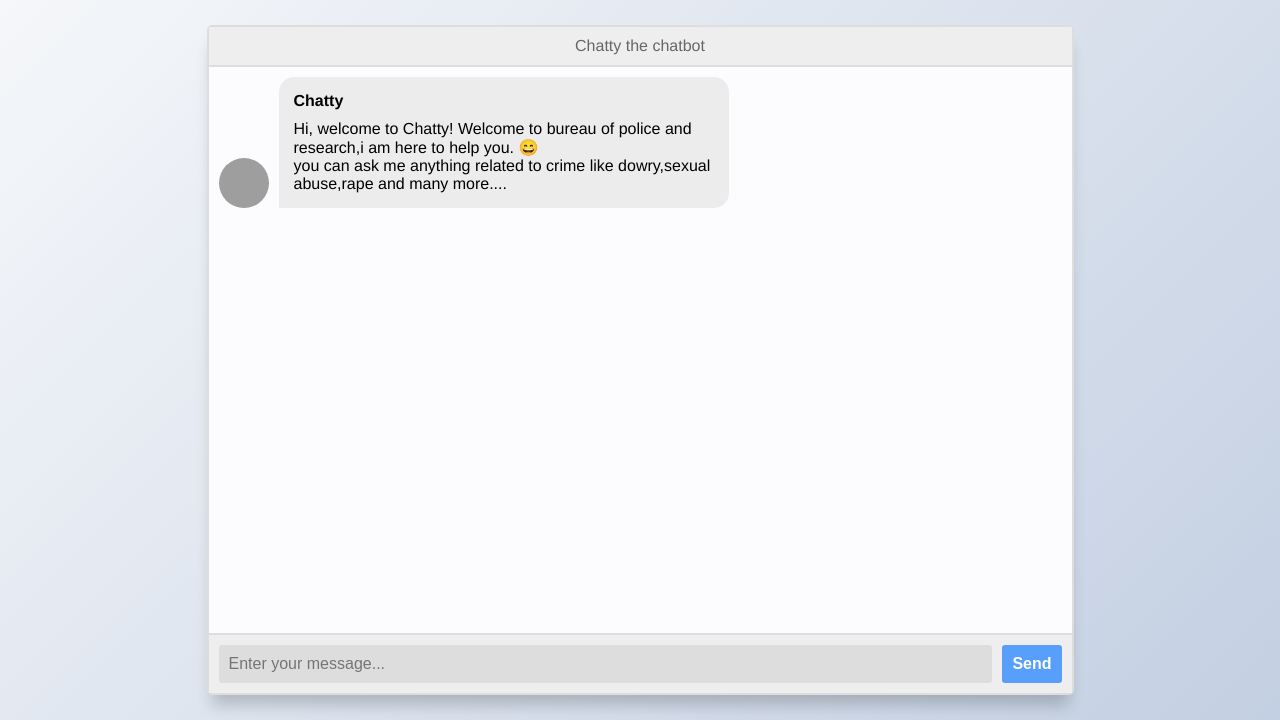
Repository: arian6daeva/chat-bot-project
Page: app/templates/index.html
The author's editor kept a copy of each file at every save. The page is drawn from the files as they stood at one save, then again after the next save.
The browser window is 1280 px wide. The pictures show the whole page.
Pictures or frames that could not be fetched are drawn as grey boxes. Some web libraries are served in a nearby version. The template is drawn by Flask 3. The application's start-up code is not run. The template is opened directly, without the code that normally fills it, so the values that code supplies are empty.

Above is the page before, as saved 2022-06-14 20:11:55.

After the next save:
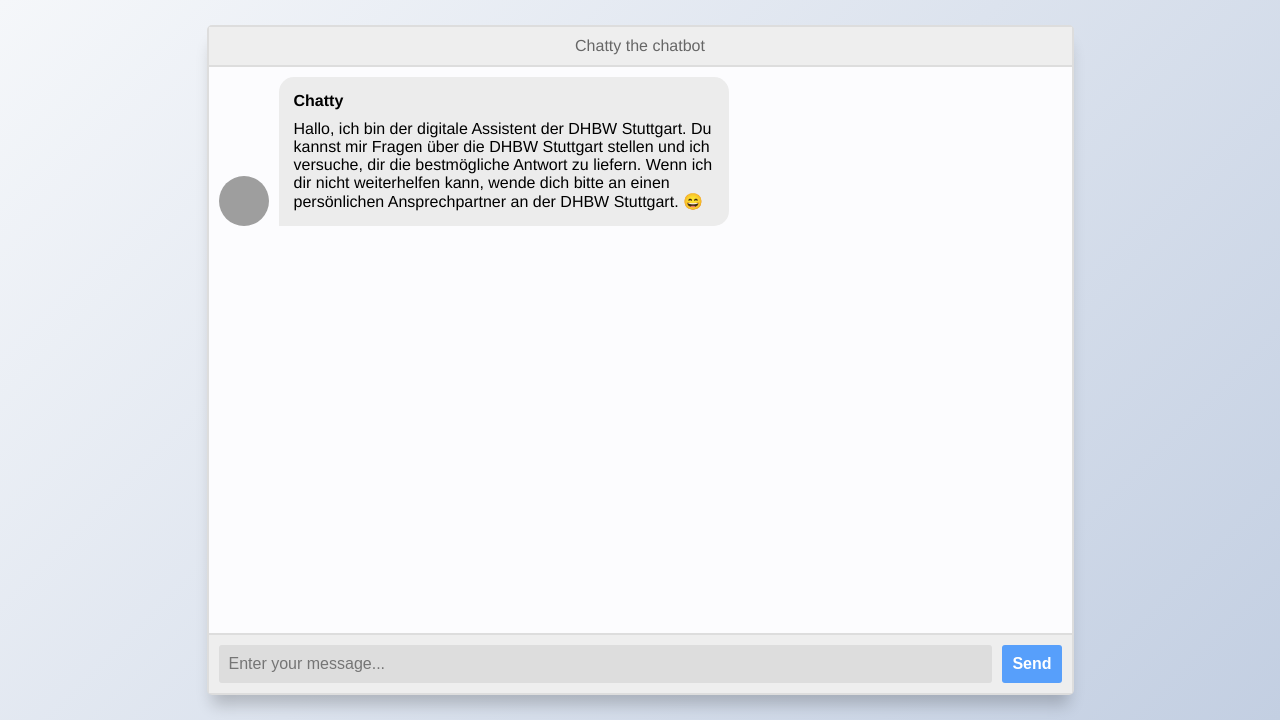
Saved 2 min 54 s later.
--- a/app/templates/index.html
+++ b/app/templates/index.html
@@ -35,11 +35,11 @@
           </div>
 
           <div class="msg-text">
-            Hi, welcome to Chatty! Welcome to bureau of police and research,i am here to help you. 😄
+            Hallo, ich bin der digitale Assistent der DHBW Stuttgart. Du kannst mir Fragen über die DHBW Stuttgart stellen und ich versuche, dir die bestmögliche Antwort zu liefern. Wenn ich dir nicht weiterhelfen kann, wende dich bitte an einen persönlichen Ansprechpartner an der DHBW Stuttgart. 😄
           </div>
-          <div class="msg-text">
+          <!-- <div class="msg-text">
             you can ask me anything related to crime like dowry,sexual abuse,rape and many more....
-          </div>
+          </div> -->
         </div>
       </div>
 
